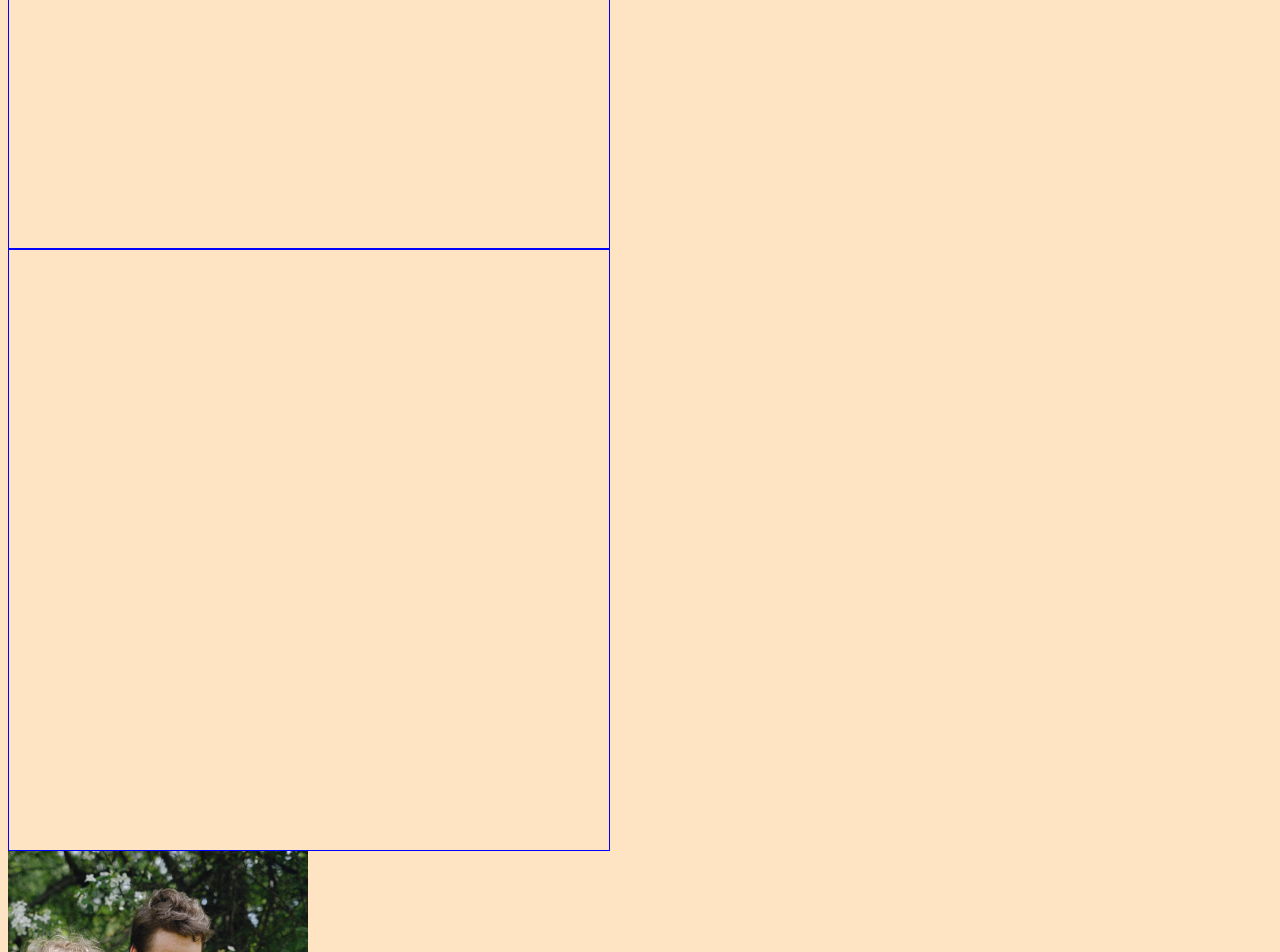
Repository: TheTroyPhillips/Personal-website
Page: about.html
These files come from the project's save history. The page is drawn as it stood at one moment and after a run of saves; the edit follows.
The browser window is 1280 px wide. The pictures show the part of the page from y = 1453 to 2405 px (the page is 2766 px tall before and 2312 px after).
A picture or video elsewhere on the page could not be fetched, so the positions and the page height are approximate.

Above is the page before, as saved 2023-09-10 23:07:45.

### about.html
<!DOCTYPE html>
<html lang="en">
<head>
    <meta charset="UTF-8">
    <meta name="viewport" content="width=device-width, initial-scale=1.0">
    <title>Document</title>
    <link rel="stylesheet" href="style.css">
</head>
<body>
    <div class="parent">
        <div class="child">
            <span class="myname">Troy Phillips</span>
        <nav class="pages">
            <a class="active" href="/">HOME</a>
            <a href="/about.html">ABOUT</a>
            <a href="/portfolio.html">PORTFOLIO</a>
        </div>
        <h1 class="about">When i am away from the keyboard these are
            a few things i do to enjoy life to the fullest.</h1>\
     <div class="parent"></div>
        <div class="childb">
            <section>
                <h2>Golfing</h2>
                <p class="pa">Lorem ipsum dolor sit amet, consectetur adipisicing elit. Excepturi facere
                     temporibus,corporis quia, at facilis a molestiae, reprehenderit quod
                      distinctio quae in quam vitae earum ut nemo eligendi! Corporis, omnis.</p>
         </div>
         <div class="childb">
            <img src="pexels-ashford-marx-6501725.jpg" alt="">
        </div>
    </div>
         <div class="childb1">
            <section>
                <h2>Spending time with family</h2>
                <p class="pa">Lorem ipsum dolor sit amet consectetur adipisicing elit.
                     Voluptas illum id molestiae debitis harum.</p>
            </section>
         </div>
         <div class="childb1"></div>
         <img src="pexels-anna-shvets-4586683.jpg" alt="">
</body>
</html>

### style.css
.child{
    width: 100%;
    height: 60px;
    border: 1px solid blue;
    display: inline-block;
    box-sizing: border-box;
    background-color: aqua;
    padding: 10px;
}
.childb{
    width: 600px;
    height: 600px;
    border: 1px solid blue;
    display: inline-block;
    margin-top: 1px;
}
.myname{
    float: left;
    font-size: 2rem;
}
.pages{
    float: right;
    font-size: 2rem;
}
.pages a.active{
    color: inherit;
}
.pages a{
    color: inherit;
}
body{
    background-color: bisque;
}
main{
    text-align: center;
    margin-left: 5%;
    margin-right: 5%;
    font-size: 1.8rem;
}
p{
    text-align: center;
    font-size: 2.5rem;
    font-family: Verdana, Geneva, Tahoma, sans-serif;
    margin: 130px;
}
.pa{
    margin: 10px;
}
h2{
    font-size: 3rem;
}
.childc{
    width: 70%;
    height: 600px;
    border: 1px solid blue;
    margin-left: 15%;
}
.two{
    font-size: 2.2rem;
}
.extra{
    font-size: 1.8rem;
    margin-top: 10px;
    text-align: left;
    margin-left: 10px;
}
img{
    width: 300px;
}
.childb1{
    width: 600px;
    height: 600px;
    border: 1px solid blue
}
.parent{
    margin-top: 10px;

}

After the next 3 saves:
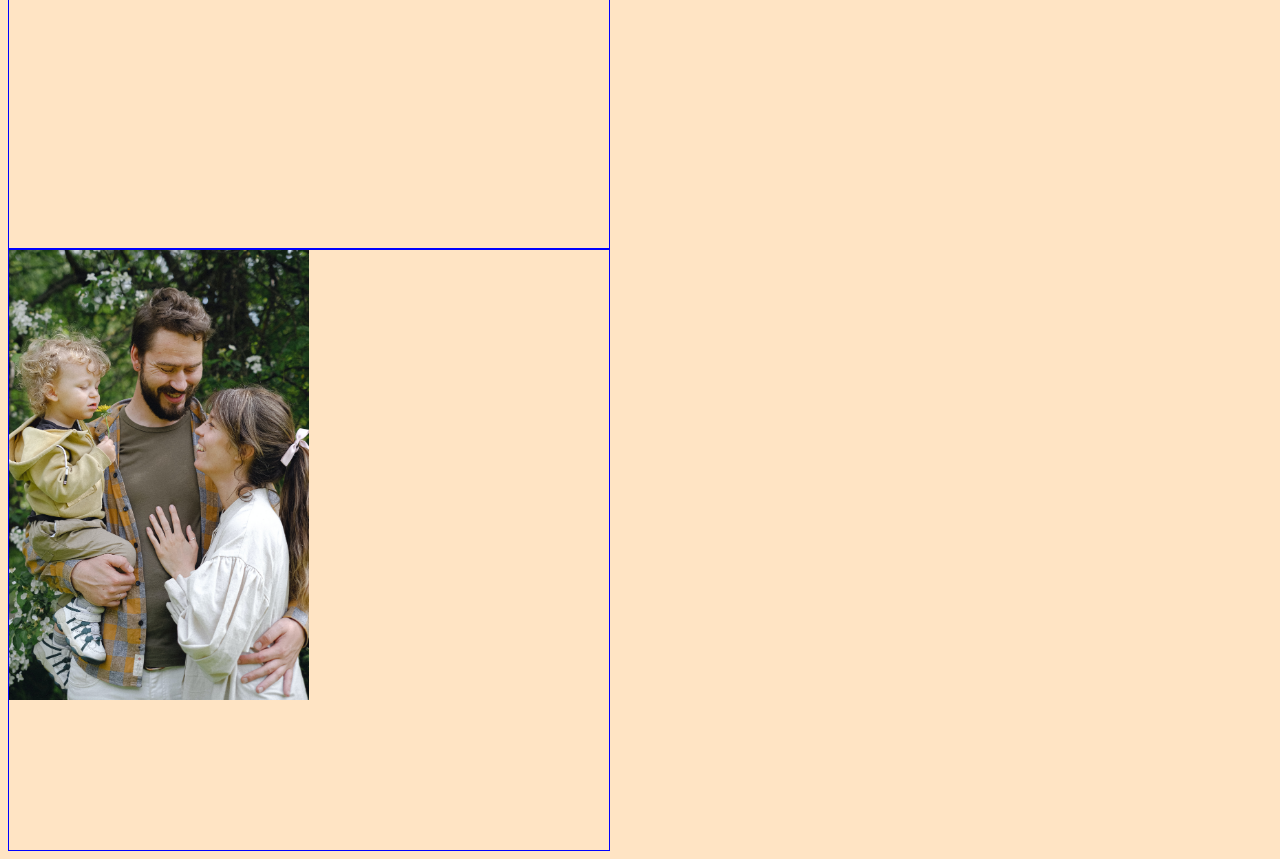
The 3 saves are shown as one change because they came seconds apart.
The last was saved 14 s later.
--- a/about.html
+++ b/about.html
@@ -36,7 +36,8 @@
                      Voluptas illum id molestiae debitis harum.</p>
             </section>
          </div>
-         <div class="childb1"></div>
-         <img src="pexels-anna-shvets-4586683.jpg" alt="">
+         <div class="childb1">
+           <img src="pexels-anna-shvets-4586683.jpg" alt="">
+        </div>
 </body>
 </html>
